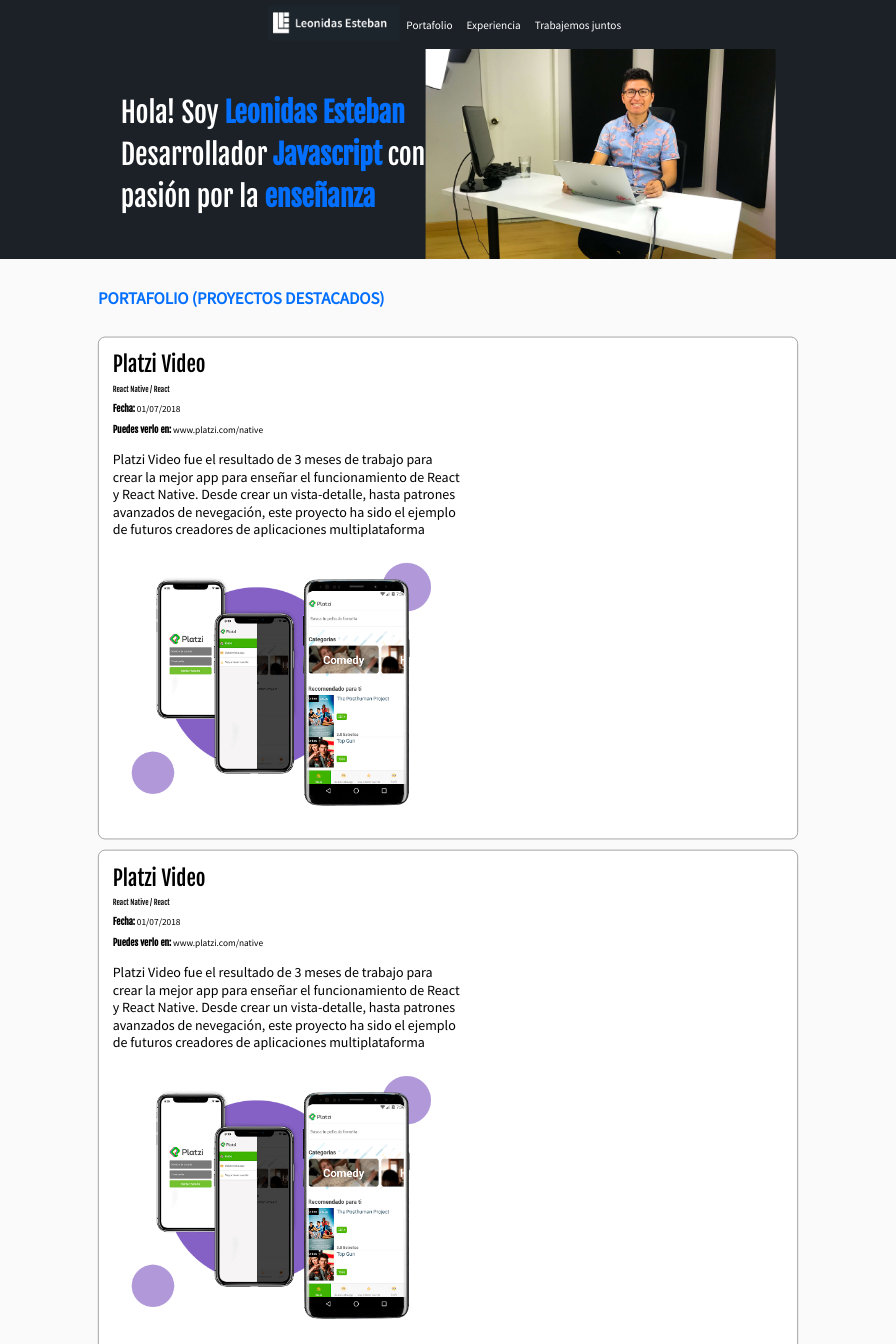
Repository: joseLozanoTamayo/web-desing
Page: desarrollo-web-portafolio/index.html
The author's editor kept a copy of each file at every save. The page is drawn from the files as they stood at one save, then again after the next save.
The browser window is 1280 px wide. The pictures show the part of the page from y = 0 to 1920 px (the page is 3078 px tall before and 720 px after), at 70% of full size.

Above is the page before, as saved 2019-04-21 21:45:21.

After the next save:
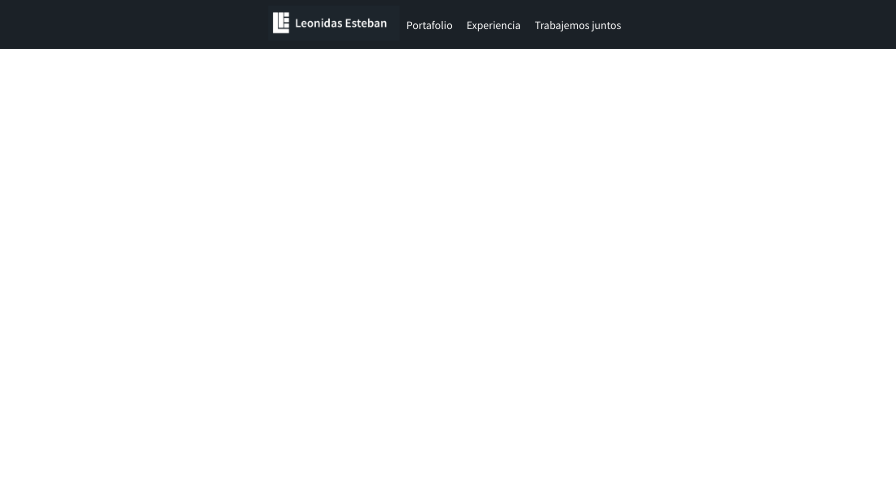
Saved 3 min 37 s later.
--- a/desarrollo-web-portafolio/index.html
+++ b/desarrollo-web-portafolio/index.html
@@ -29,121 +29,6 @@
         </nav>
       </div>
     </header>
-    <section class="hero">
-      <div class="container">
-        <h1>
-          Hola! Soy <strong>Leonidas Esteban</strong> <br/> Desarrollador  <strong>Javascript</strong> con <br> pasión por la <strong>enseñanza</strong>
-        </h1>
-        <img class="hero-image" src="images/hero.jpg" width="500" height="300" alt="imagen principal del sitio">
-      </div>
-    </section>
-    <section id="portafolio" class="portfolio">
-      <div class="container">
-        <h2>Portafolio (Proyectos Destacados)</h2>
-      <article class="project">
-        <div class="project-details">
-          <h3 class="project-title">Platzi Video</h3>
-          <h6 class="project-course">React Native / React</h6>
-          <p class="project-date"><small><strong>Fecha:</strong> 01/07/2018</small></p>
-          <p class="project-url"><small><strong>Puedes verlo en:</strong> www.platzi.com/native</small></p>
-          <p class="project-description">Platzi Video fue el resultado de 3 meses de trabajo
-              para crear la mejor app para enseñar el funcionamiento
-              de React y React Native. Desde crear un vista-detalle, hasta patrones avanzados de nevegación, este proyecto ha sido el ejemplo de futuros creadores de aplicaciones multiplataforma</p>
-        </div>
-        <figure class="project-imageContainer">
-          <img class="project-image" width="500" src="images/platzi-video-react-native.png" alt="prouyecto del curso de React Native">
-        </figure>
-      </article>
-      <article class="project">
-          <div class="project-details">
-            <h3 class="project-title">Platzi Video</h3>
-            <h6 class="project-course">React Native / React</h6>
-            <p class="project-date"><small><strong>Fecha:</strong> 01/07/2018</small></p>
-            <p class="project-url"><small><strong>Puedes verlo en:</strong> www.platzi.com/native</small></p>
-            <p class="project-description">Platzi Video fue el resultado de 3 meses de trabajo
-                para crear la mejor app para enseñar el funcionamiento
-                de React y React Native. Desde crear un vista-detalle, hasta patrones avanzados de nevegación, este proyecto ha sido el ejemplo de futuros creadores de aplicaciones multiplataforma</p>
-          </div>
-          <figure class="project-imageContainer">
-            <img class="project-image" width="500" src="images/platzi-video-react-native.png" alt="prouyecto del curso de React Native">
-          </figure>
-        </article>
-      </div>
 
-    </section>
-    <div class="container">
-      <h2 class="event-list-title">Más sobre mi experiencia</h2>
-    </div>
-    <section id="eventos" class="event-list">
-      <div class="container">
-        <article class="event">
-          <figure class="event-imageContainer">
-            <img class="event-image" src="images/platzi-conf.jpg" width="500" />
-          </figure>
-          <div class="event-detail">
-            <h3 class="event-title">PlatziConf México 2018</h3>
-            <p class="event-description">El evento más grande sobre gente que quiere aprender más de internet. En esté evento te comparto como tener una vida de constante aprendizaje.</p>
-            <a class="event-url" href="https://www.youtube.com/watch?v=BIS7cWGgJg0" target="_blank">Ver Plática</a>
-          </div>
-        </article>
-        <article class="event">
-          <figure class="event-imageContainer">
-            <img class="event-image" src="images/platzi-conf.jpg" width="500" />
-          </figure>
-          <div class="event-detail">
-            <h3 class="event-title">PlatziConf México 2018</h3>
-            <p class="event-description">El evento más grande sobre gente que quiere aprender más de internet. En esté evento te comparto como tener una vida de constante aprendizaje.</p>
-            <a class="event-url" href="https://www.youtube.com/watch?v=BIS7cWGgJg0" target="_blank">Ver Plática</a>
-          </div>
-        </article>
-        <article class="event">
-          <figure class="event-imageContainer">
-            <img class="event-image" src="images/platzi-conf.jpg" width="500" />
-          </figure>
-          <div class="event-detail">
-            <h3 class="event-title">PlatziConf México 2018</h3>
-            <p class="event-description">El evento más grande sobre gente que quiere aprender más de internet. En esté evento te comparto como tener una vida de constante aprendizaje.</p>
-            <a class="event-url" href="https://www.youtube.com/watch?v=BIS7cWGgJg0" target="_blank">Ver Plática</a>
-          </div>
-        </article>
-        <article class="event">
-          <figure class="event-imageContainer">
-            <img class="event-image" src="images/platzi-conf.jpg" width="500" />
-          </figure>
-          <div class="event-detail">
-            <h3 class="event-title">PlatziConf México 2018</h3>
-            <p class="event-description">El evento más grande sobre gente que quiere aprender más de internet. En esté evento te comparto como tener una vida de constante aprendizaje.</p>
-            <a class="event-url" href="https://www.youtube.com/watch?v=BIS7cWGgJg0" target="_blank">Ver Plática</a>
-          </div>
-        </article>
-      </div>
-    </section>
-    <section id="contacto" class="contact">
-      <div class="container">
-        <form action="/suscripcion/" class="form-email">
-          <h3>¿Creamos algo juntos?</h3>
-          <input type="text" placeholder="Déjame tu email" id="email">
-          <button>Enviar</button>
-        </form>
-        <div class="social">
-          <a href="https://twitter.com/leonidasesteban" class="social-link twitter"></a>
-          <a href="https://facebook.com/leonidas.esteban" class="social-link facebook"></a>
-          <a href="https://github.com/leonidasesteban" class="social-link github"></a>
-          <a href="https://instagram.com/leonidasesteban" class="social-link instagram"></a>
-        </div>
-      </div>
-    </section>
-    <footer class="footer">
-      <div class="container">
-        <div>
-          <p>Curso de Desarrollo web online 2018 <img src="images/platzi.png" width="80" alt="platzi"></p>
-        </div>
-        <div>
-          <p>
-            Designed with by <a href="https://twitter.com/thespianartist">@thespianartist</a>
-          </p>
-        </div>
-      </div>
-    </footer>
   </body>
 </html>
